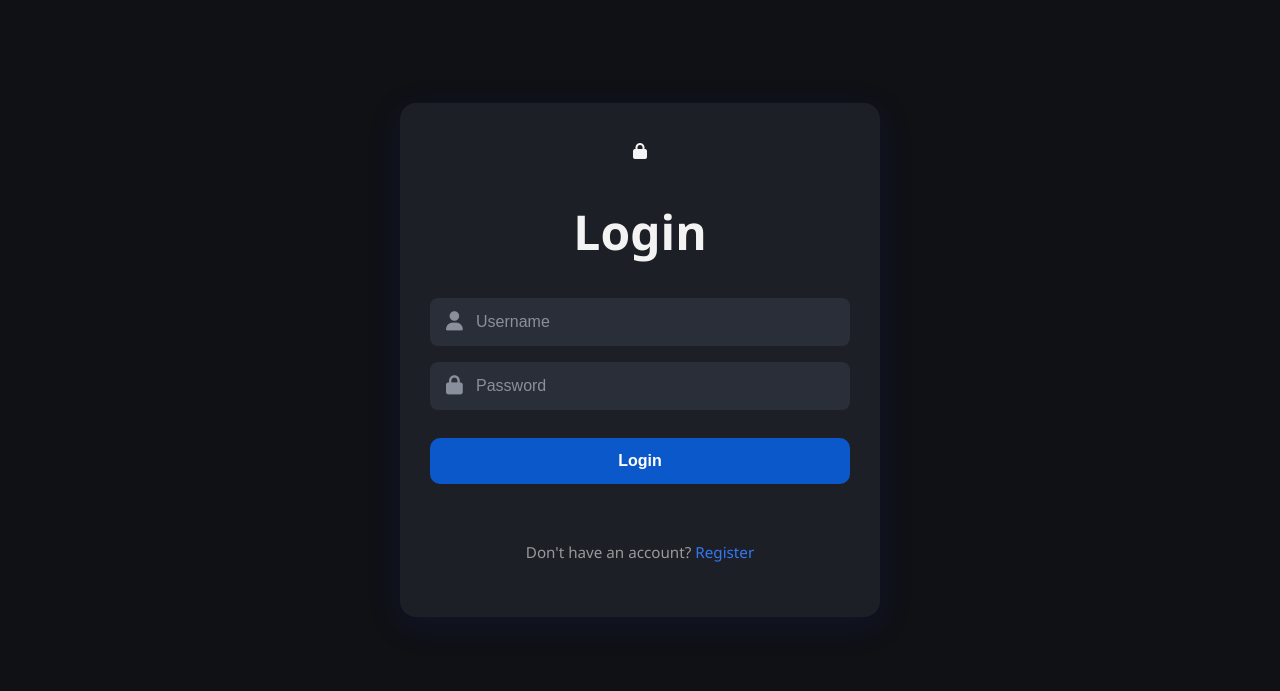
Repository: lowluds/auth-flask
Page: http://localhost/login
These files come from the project's save history. The page is drawn as it stood at one moment and after the next save; the edit follows.
The browser window is 1280 px wide. The pictures show the whole page.
The page is served by the project's application, run on Flask 3 (login.py).

Above is the page before, as saved 2025-07-10 23:28:25.

After the next save:
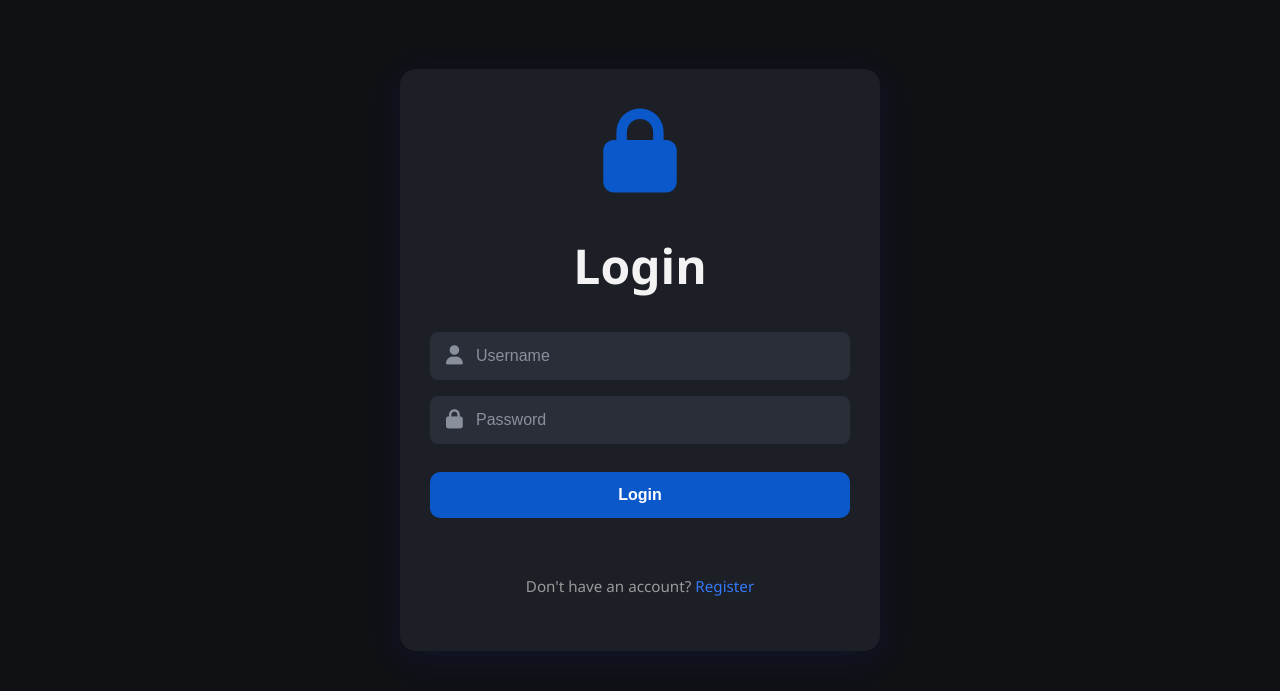
Saved 28 s later.
--- a/static/register.css
+++ b/static/register.css
@@ -143,7 +143,7 @@ a:hover {
     text-decoration: underline;
 }
 
-.login-container .login-icon .register-icon {
+.login-container .login-icon {
     font-size: 84px;
     color: #0a58ca;
     margin-bottom: 0px;
